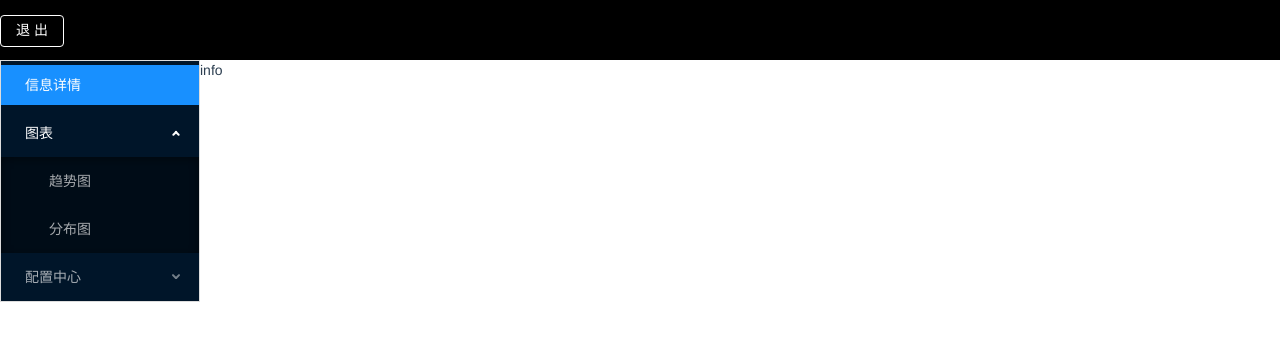
Repository: zhongdm/vue-vuex-antd
Page: /#/
The author's editor kept a copy of each file at every save. The page is drawn from the files as they stood at one save, then again after the next save.
The browser window is 1280 px wide. The pictures show the whole page.
The project was rebuilt for these pictures with package versions that can differ from the ones it lists, and the page was loaded fresh each time.

Above is the page before, as saved 2019-03-15 09:58:04.

After the next save:
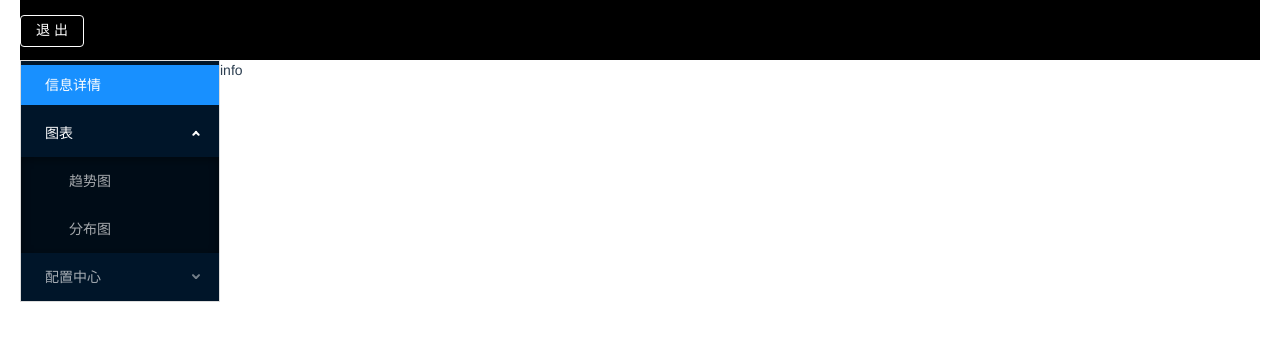
Saved 53 s later.
--- a/src/App.vue
+++ b/src/App.vue
@@ -18,5 +18,7 @@
   /* text-align: center; */
   color: #2c3e50;
   /* margin-top: 60px; */
+  margin-left: 20px;
+  margin-right: 20px;
 }
 </style>

After the 2 saves that followed:
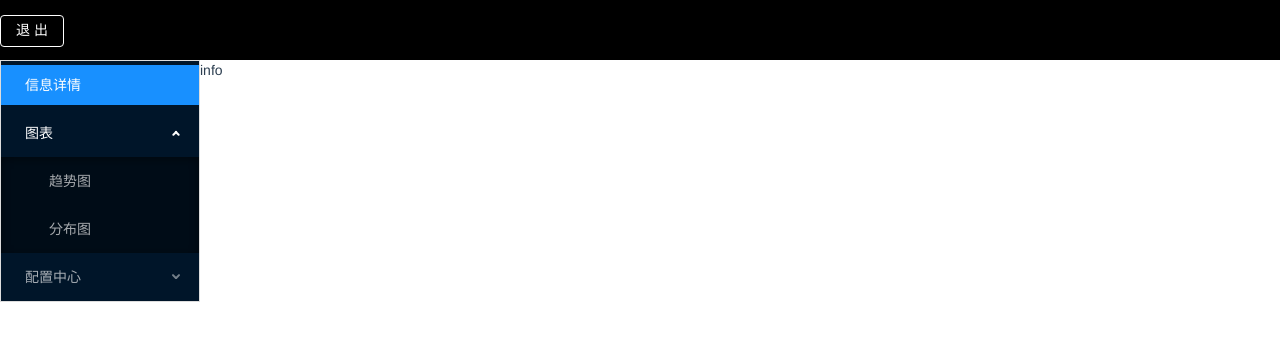
The 2 saves are shown as one change because 1 left the picture as it was.
The last was saved 2 min 3 s later.
--- a/src/App.vue
+++ b/src/App.vue
@@ -18,7 +18,5 @@
   /* text-align: center; */
   color: #2c3e50;
   /* margin-top: 60px; */
-  margin-left: 20px;
-  margin-right: 20px;
 }
 </style>
